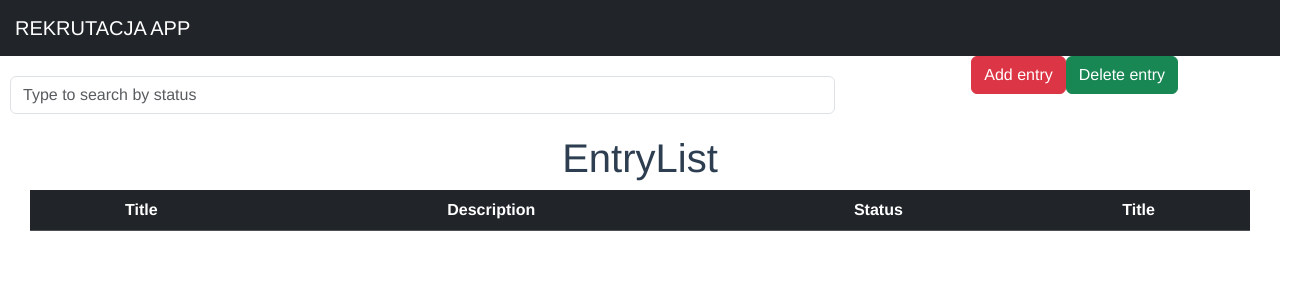
Repository: Madaless/vue_elastic
Page: / (app in vuejsapp/crudapp/)
The author's editor kept a copy of each file at every save. The page is drawn from the files as they stood at one save, then again after the next save.
The browser window is 1280 px wide. The page is 1292 px wide, so the pictures cover 1292 px, including what lies to the right of the window. The pictures show the whole page.
The page's requests for data from a server got no answer. The project was rebuilt for these pictures with package versions that can differ from the ones it lists, and the page was loaded fresh each time. No one was signed in, and anything a server would have sent is missing.

Above is the page before, as saved 2021-09-12 13:43:36.

### vuejsapp/crudapp/src/main.js
import Vue from 'vue'
import App from './App.vue'
import store from  './store/index'
import { BootstrapVue, IconsPlugin } from 'bootstrap-vue'

// Import Bootstrap an BootstrapVue CSS files (order is important)
import 'bootstrap/dist/css/bootstrap.css'
import 'bootstrap-vue/dist/bootstrap-vue.css'

// Make BootstrapVue available throughout your project
Vue.use(BootstrapVue)
// Optionally install the BootstrapVue icon components plugin
Vue.use(IconsPlugin)

Vue.config.productionTip = false

new Vue({
  store,
  render: h => h(App),
}).$mount('#app')

### vuejsapp/crudapp/src/App.vue
<template>
  <div id="app">
    <b-navbar class="navbar navbar-expand navbar-dark bg-dark">
      <b-navbar-brand id="header" href="#">REKRUTACJA APP</b-navbar-brand>
    </b-navbar>

    <b-row>
      <b-col sm="8"><FilterEntry /></b-col>
      <b-col sm="4"><AddEntry /></b-col>
    </b-row>

    <EntryList />
  </div>
</template>

<script>
import AddEntry from "./components/AddEntry.vue";
import FilterEntry from "./components/FilterEntry.vue";
import EntryList from "./components/EntryList.vue";

export default {
  name: "App",
  components: {
    AddEntry,
    FilterEntry,
    EntryList,
  },
};
</script>

<style>
#app {
  font-family: Avenir, Helvetica, Arial, sans-serif;
  -webkit-font-smoothing: antialiased;
  -moz-osx-font-smoothing: grayscale;
  text-align: center;
  color: #2c3e50;
}
#header {
  padding-left: 15px;
}
</style>

### vuejsapp/crudapp/src/store/index.js
import Vuex from 'vuex';
import Vue from 'vue';
import entryList from './modules/entryList';

Vue.use(Vuex);

export default new Vuex.Store({
    modules: {
        entryList
    }
})

### vuejsapp/crudapp/src/components/AddEntry.vue
<template>
  <div>
    <b-button variant="danger">Add entry</b-button>
    <b-button variant="success">Delete entry</b-button>
  </div>
</template>

<script>
export default {
  setup() {},
};
</script>

<style scoped>
</style>

### vuejsapp/crudapp/src/components/FilterEntry.vue
<template>
  <div id= "filterEntry">
    <b-form-input
      id="filter-input"
      v-model="filter"
      type="search"
      placeholder="Type to search by status"
    ></b-form-input>
  </div>
</template>

<script>
export default {
  setup() {},
};
</script>

<style scoped>
#filterEntry {
    padding-top: 20px;
    padding-bottom: 20px;
    padding-left: 10px;
    padding-right: 10px;

}
</style>

### vuejsapp/crudapp/src/components/EntryList.vue
<template>
  <div id="entryList">
    <h1>EntryList</h1>

    <div class="todos">
      <table class="table table-striped table-dark">
        <thead>
          <tr>
            <th>Title</th>
            <th>Description</th>
            <th>Status</th>
            <th>Title</th>
          </tr>
        </thead>
        <tbody>
          <tr v-for="entry in entryList" v-bind:key="entry.key">

              <td>{{ entry.title }}</td>
            </tr>

        </tbody>
      </table>
    </div>
  </div>
</template>

<script>
import { mapGetters, mapActions } from "vuex";

export default {
  name: "EntryList",
  methods: {
    ...mapActions(["fetchEntryList"]),
  },
  computed: mapGetters(["entryList"]),
  created() {
    this.fetchEntryList();
  },
};
</script>

<style scoped>
#entryList {
  padding-left: 30px;
  padding-right: 30px;
}
</style>

### vuejsapp/crudapp/src/store/modules/entryList.js
import axios from 'axios';

const state = {
  entryList: []
};
// get the state
const getters = {
  entryList: (state) => {
    return state.entryList
  }
};

const actions = {
    // fetch from api
  async fetchEntryList({ commit }) {
    const response = await axios.get('https://jsonplaceholder.typicode.com/todos');

    commit('setEntryList', response.data);
  }
}

const mutations = {
    setEntryList: (state, entryList) => (state.entryList = entryList)
};

export default {
    state,
    getters,
    actions,
    mutations
};

Loaded but not shown: vuejsapp/crudapp/public/index.html (common file)

After the next save:
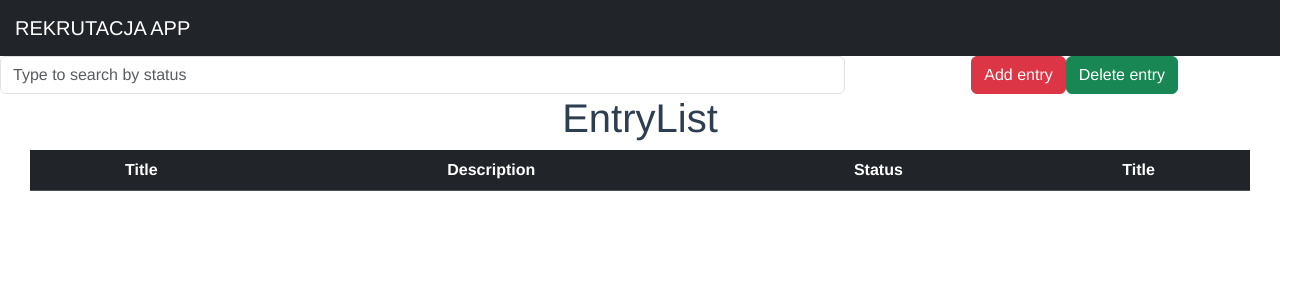
Saved 2 min 5 s later.
--- a/vuejsapp/crudapp/src/components/FilterEntry.vue
+++ b/vuejsapp/crudapp/src/components/FilterEntry.vue
@@ -1,5 +1,5 @@
 <template>
-  <div id= "filterEntry">
+  <div>
     <b-form-input
       id="filter-input"
       v-model="filter"
@@ -16,11 +16,5 @@ export default {
 </script>
 
 <style scoped>
-#filterEntry {
-    padding-top: 20px;
-    padding-bottom: 20px;
-    padding-left: 10px;
-    padding-right: 10px;
 
-}
 </style>
